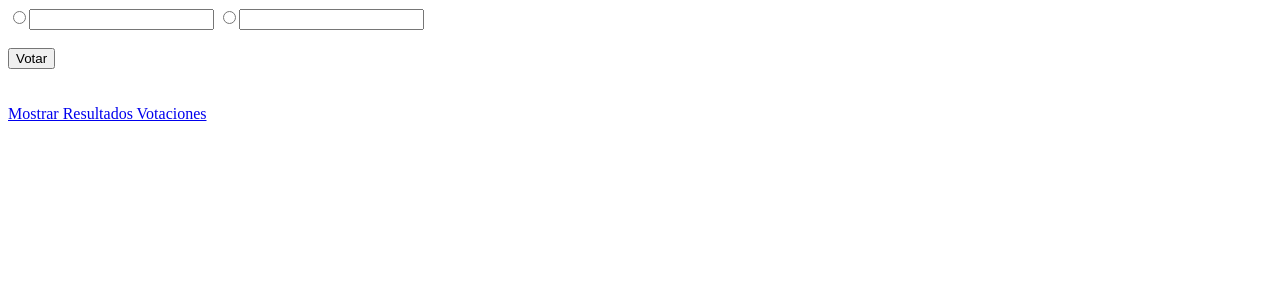
Repository: angegon/Developing-Applications-for-the-Java-EE-Platform
Page: javaee/19_votaciones/WebContent/votacion.html
The author's editor kept a copy of each file at every save. The page is drawn from the files as they stood at one save, then again after a run of saves.
The browser window is 1280 px wide. The pictures show the whole page.

Above is the page before, as saved 2016-12-22 19:29:47.

### javaee/19_votaciones/WebContent/votacion.html
<!DOCTYPE html>
<html>
<head>
<meta charset="ISO-8859-1">
<title>Insert title here</title>
</head>
<body>

	<form action="votar" method="post">

		<input type="radio" name="votacion" value="1"><input>
		<input type="radio" name="votacion" value="0"><input>
		<br> </br> <input type="submit" value="Votar" />
	</form>
	</br>
	</br>
	<a href="resultados.jsp">Mostrar Resultados Votaciones</a>
</body>
</html>

After the next 2 saves:
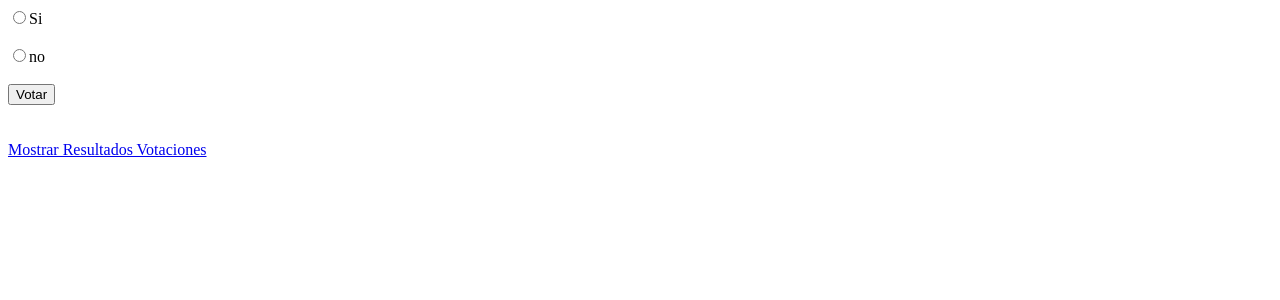
The 2 saves are shown as one change because they came seconds apart.
The last was saved 33 s later.
--- a/javaee/19_votaciones/WebContent/votacion.html
+++ b/javaee/19_votaciones/WebContent/votacion.html
@@ -8,8 +8,9 @@
 
 	<form action="votar" method="post">
 
-		<input type="radio" name="votacion" value="1"><input>
-		<input type="radio" name="votacion" value="0"><input>
+		<input type="radio" name="votacion" value="1"/>Si
+		</br></br>
+		<input type="radio" name="votacion" value="0"/>no
 		<br> </br> <input type="submit" value="Votar" />
 	</form>
 	</br>
